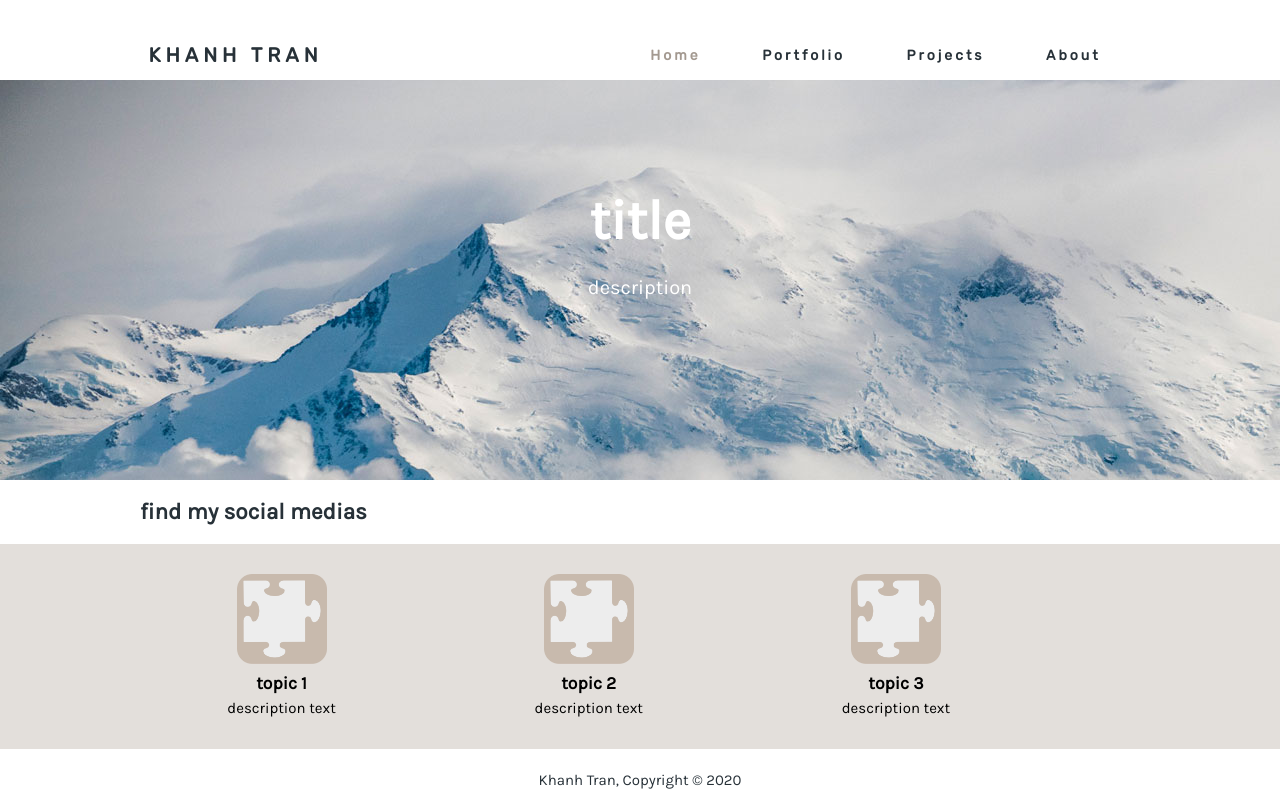
Repository: KTPo/KTPo.github.io
Page: index.html
The author's editor kept a record of every edit. The page is drawn from the files as they stood at one moment, then again after the next edit.
The browser window is 1280 px wide. The pictures show the whole page.

Above is the page before.

After the next edit:
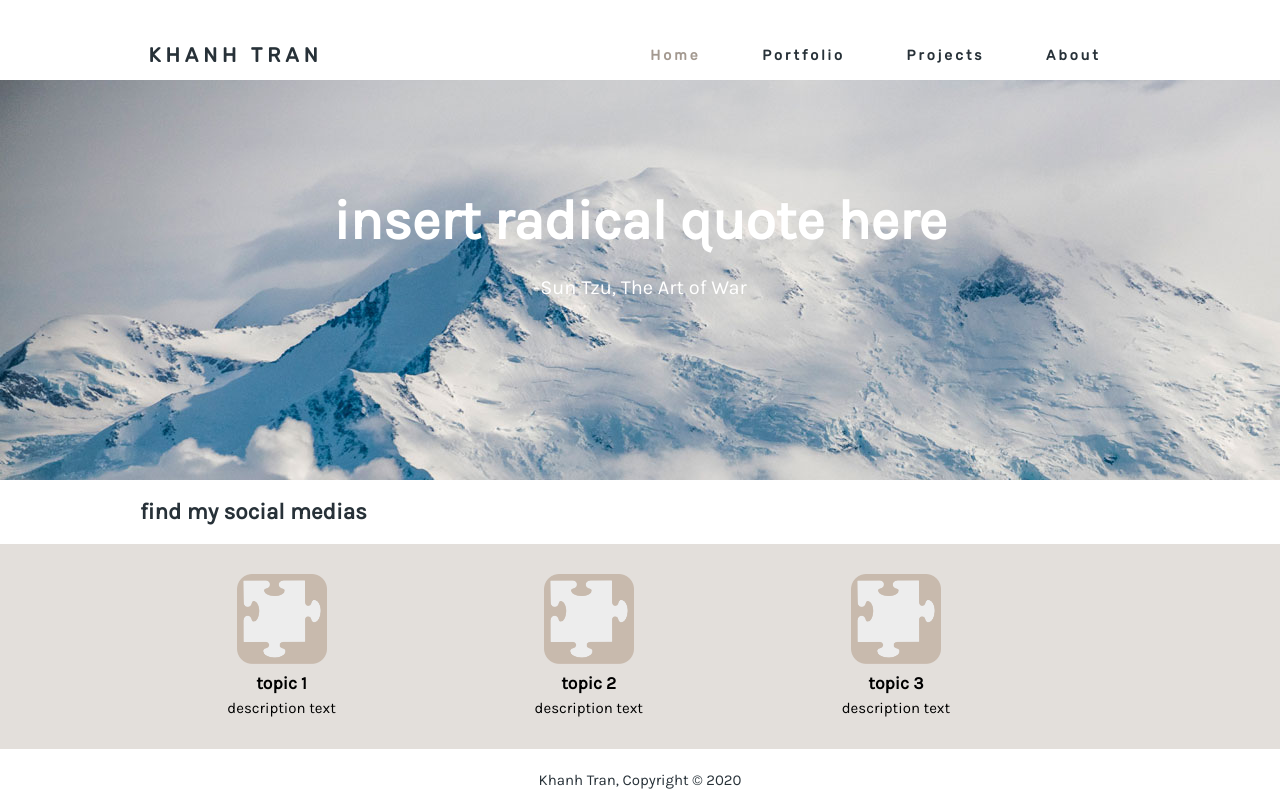
The edit:
--- a/index.html
+++ b/index.html
@@ -41,8 +41,8 @@
 
         <section id = "showcase">
             <div class = "container">
-                <h1>title</h1>
-                <p>description</p>
+                <h1>insert radical quote here</h1>
+                <p>-Sun Tzu, The Art of War</p>
             </div>
         </section>
 
